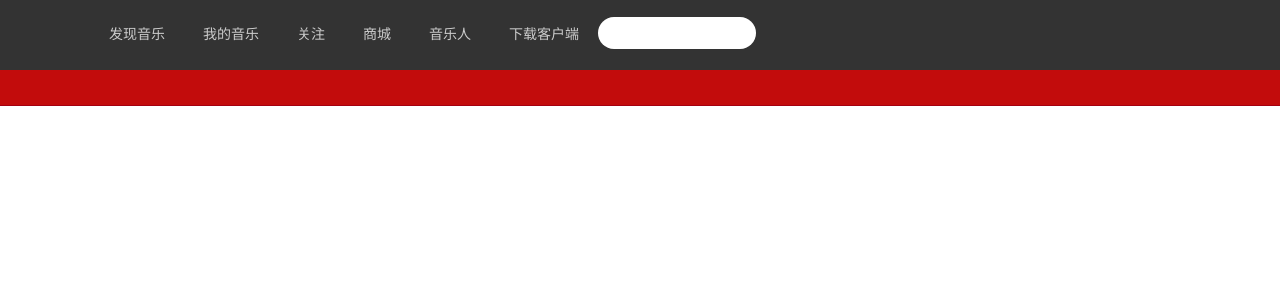
Repository: xtcgjk/-
Page: /
The author's editor kept a copy of each file at every save. The page is drawn from the files as they stood at one save, then again after the next save.
The browser window is 1280 px wide. The pictures show the whole page.
The project was rebuilt for these pictures with package versions that can differ from the ones it lists, and the page was loaded fresh each time.

Above is the page before, as saved 2022-02-23 16:25:34.

After the next save:
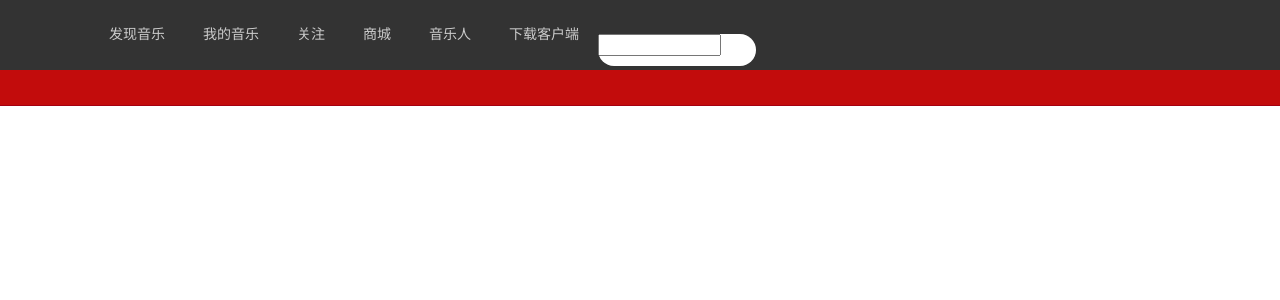
Saved 2 min 2 s later.
--- a/src/components/header/index.vue
+++ b/src/components/header/index.vue
@@ -7,7 +7,9 @@
       <router-link to="">商城</router-link>
       <router-link to="">音乐人</router-link>
       <router-link to="">下载客户端</router-link>
-      <div id="search"></div>
+      <div id="search">
+        <input type="text" style="width: 115px; height: 16px" />
+      </div>
     </div>
   </div>
 </template>
